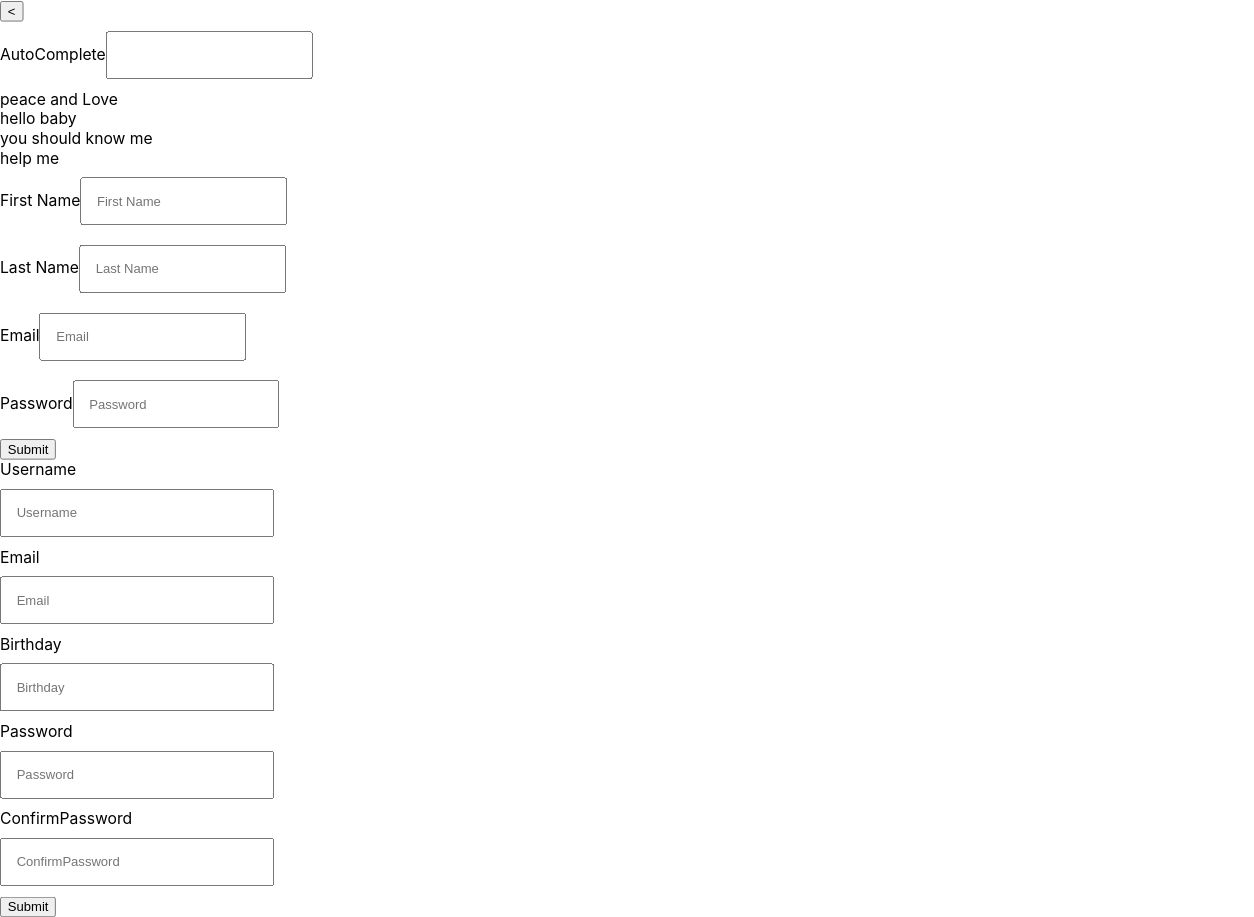
Repository: Jimmy-Lu-iK/Demo-UI
Page: /
The author's editor kept a copy of each file at every save. The page is drawn from the files as they stood at one save, then again after the next save.
The browser window is 1280 px wide. The pictures show the whole page, at 98% of full size.
The project was rebuilt for these pictures with package versions that can differ from the ones it lists, and the page was loaded fresh each time. Also part of the build but not shown: src/App.css, src/components/Option.js, src/Js/ArrayBuiltIn.js, src/Js/Word.js.

Above is the page before, as saved 2023-02-12 20:25:05.

After the next save:
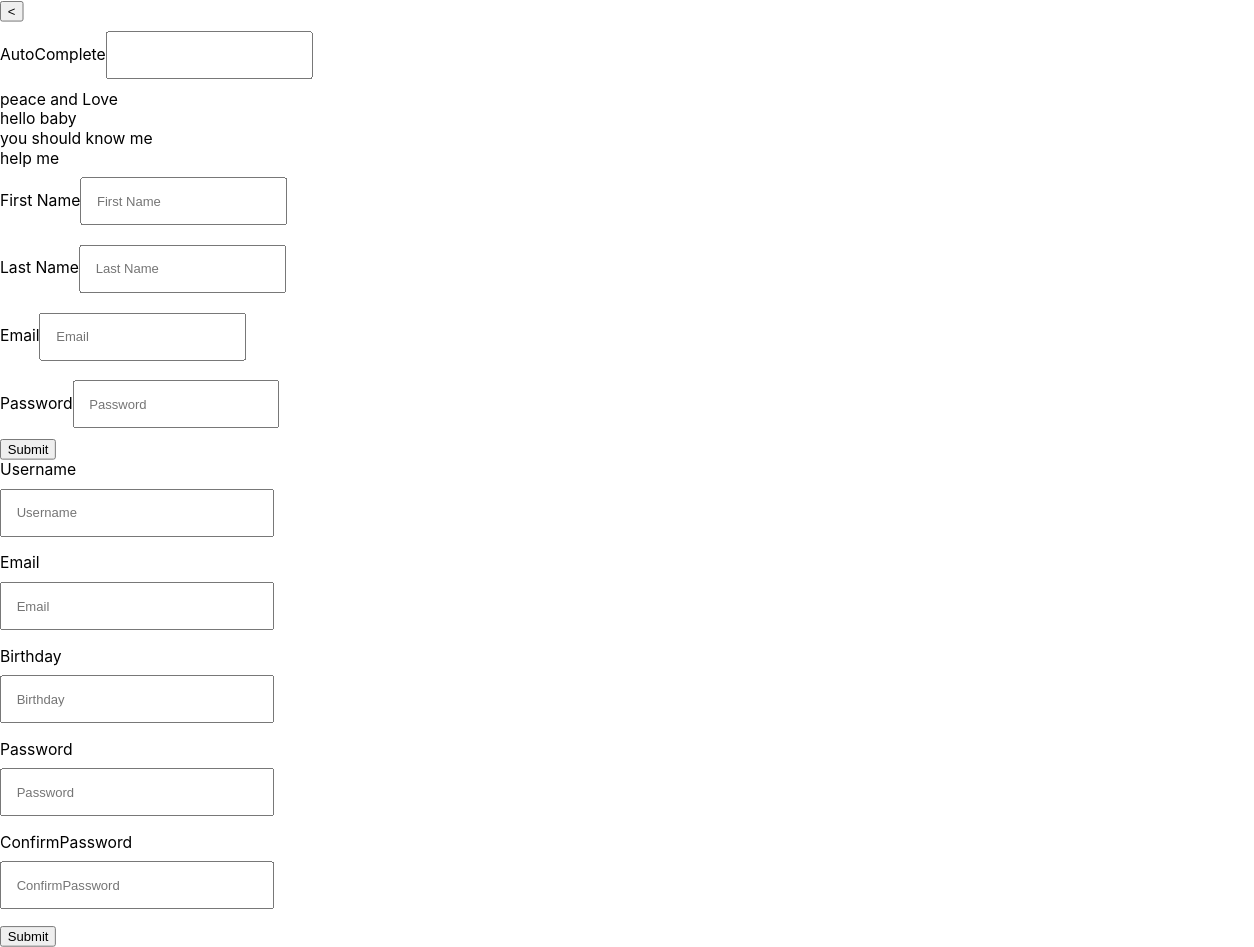
Saved 5 s later.
--- a/src/components/FormInput.css
+++ b/src/components/FormInput.css
@@ -11,5 +11,5 @@
 
 span {
   font-size: 12px;
-
+  padding: 3px;
 }

After the 3 saves that followed:
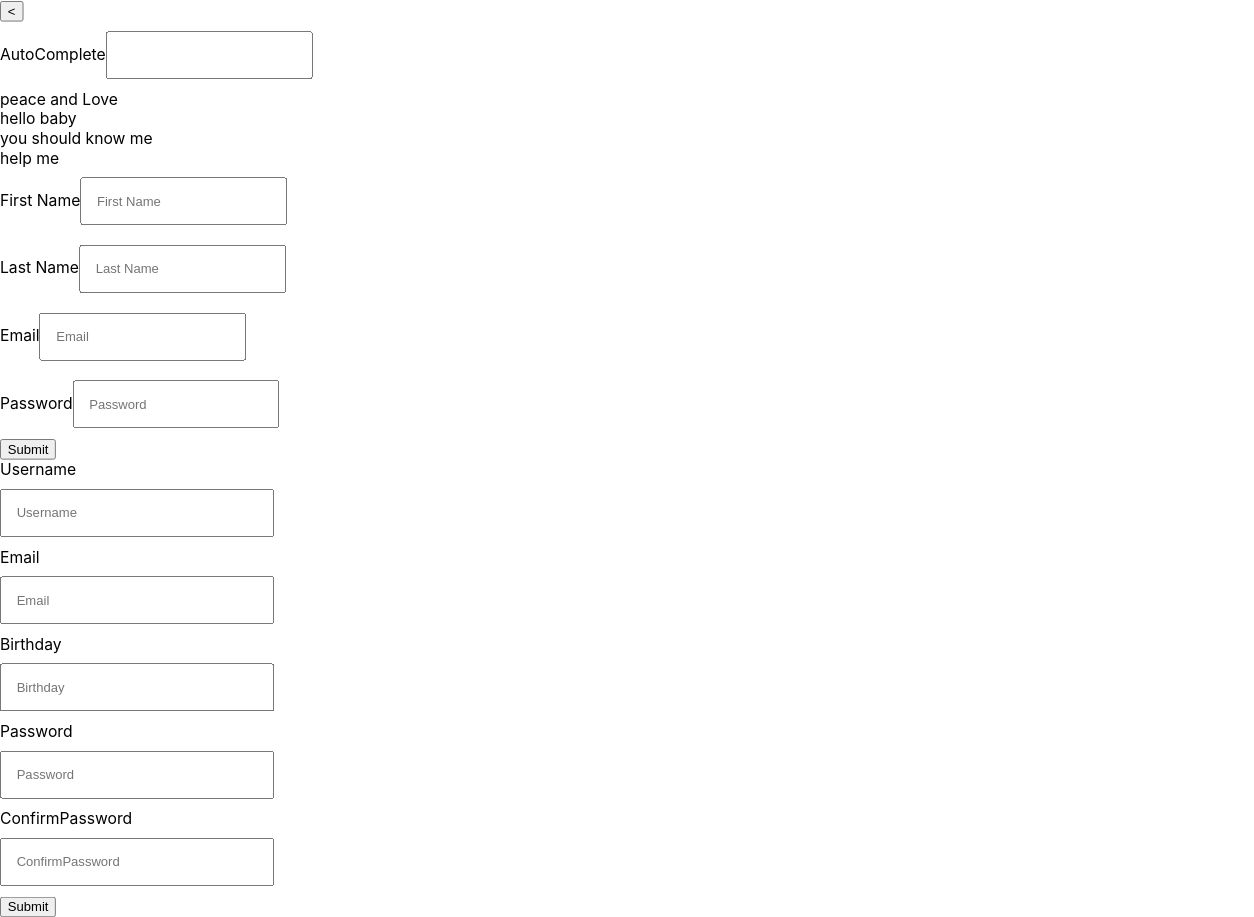
The 3 saves are shown as one change because 1 left the picture as it was and some came seconds apart.
The last was saved 12 s later.
--- a/src/components/FormInput.css
+++ b/src/components/FormInput.css
@@ -12,4 +12,6 @@
 span {
   font-size: 12px;
   padding: 3px;
+  color: red;
+  display: none;
 }
